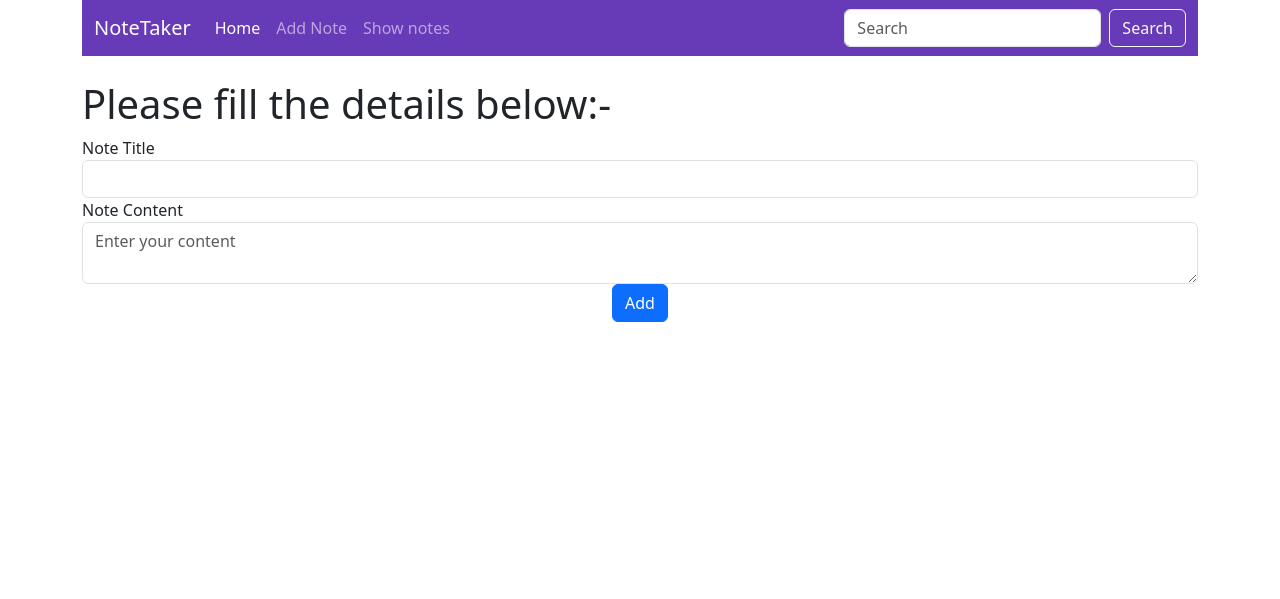
Repository: smritihbtu/Note-Maker
Page: http://localhost/NoteTaker/add_notes.jsp
The author's editor kept a copy of each file at every save. The page is drawn from the files as they stood at one save, then again after the next save.
The browser window is 1280 px wide. The pictures show the whole page.
The page is served by Tomcat 9.

Above is the page before, as saved 2023-08-20 07:05:08.

After the next save:
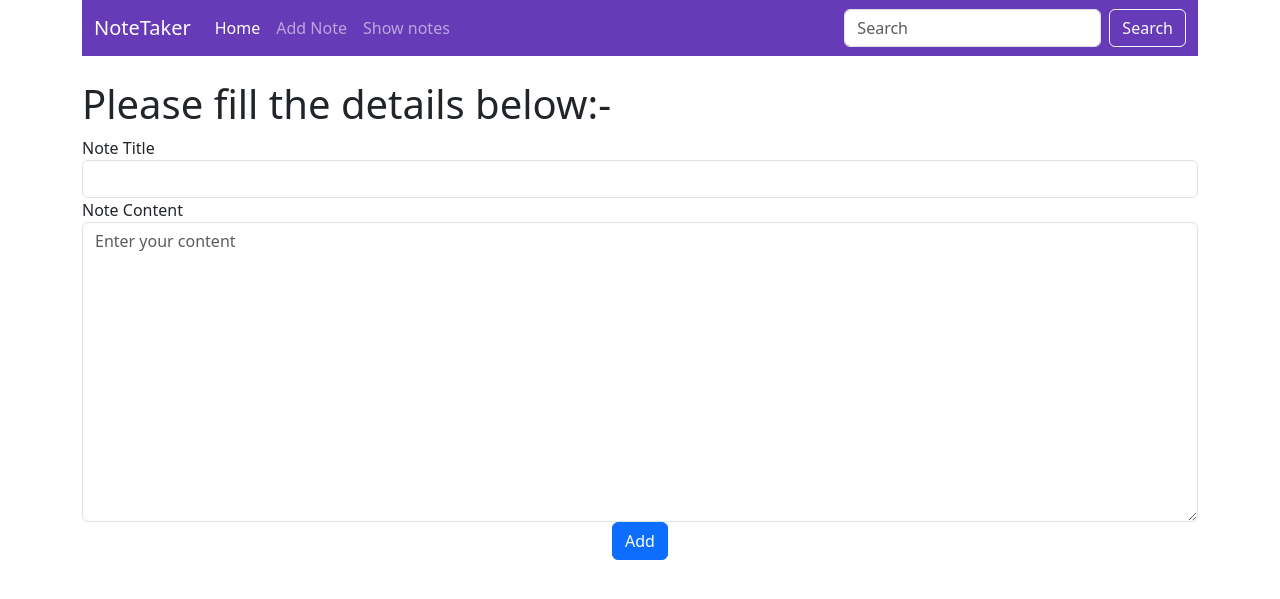
Saved 67 s later.
--- a/NoteTaker/src/main/webapp/add_notes.jsp
+++ b/NoteTaker/src/main/webapp/add_notes.jsp
@@ -33,7 +33,7 @@
   <div class="form-group">
     <label for="content" >Note Content</label>
     <textarea id="content" placeholder= "Enter your content"
-    class="form-control style = "height:300px"></textarea>
+    class="form-control " style = "height:300px;"></textarea>
   </div>
   <div class="container text-center">
   <button type="submit" class="btn btn-primary">Add</button>
